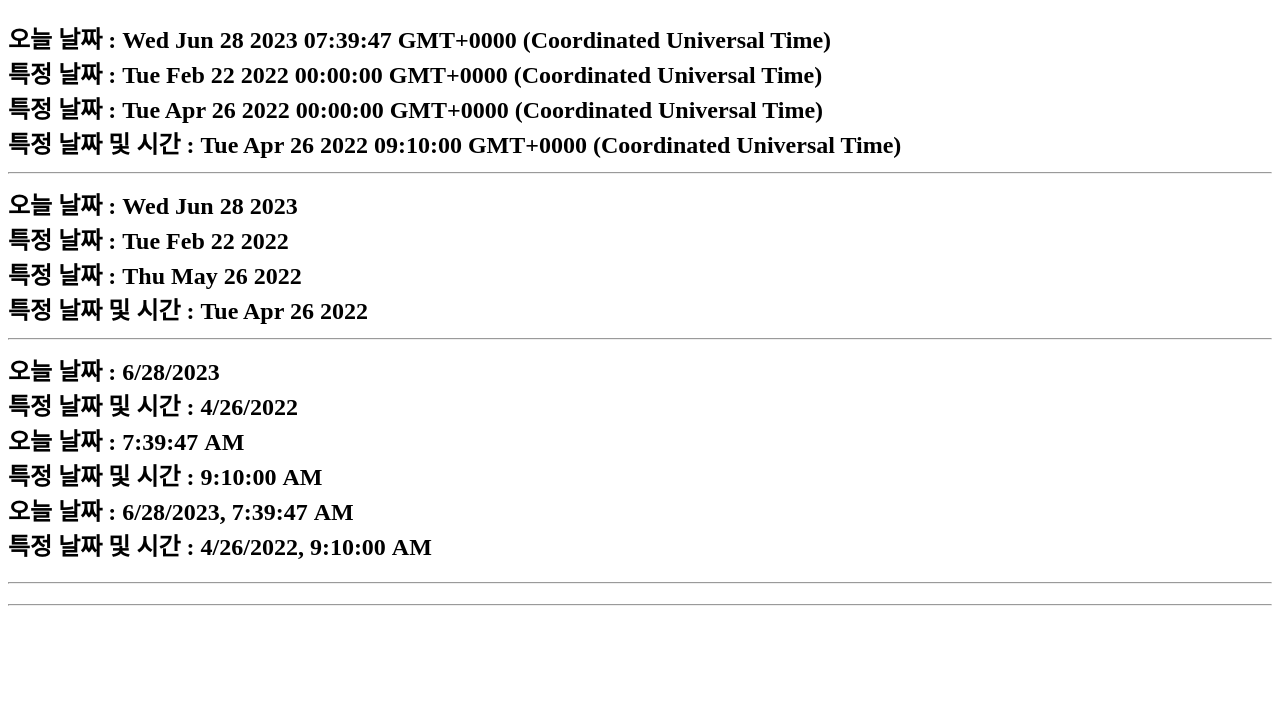
Repository: ady0099/webstudy
Page: 03_javascript/src/main/webapp/day03/ex02_date.html
The author's editor kept a copy of each file at every save. The page is drawn from the files as they stood at one save, then again after a run of saves.
The browser window is 1280 px wide. The pictures show the whole page.

Above is the page before, as saved 2023-06-29 02:15:53.

### 03_javascript/src/main/webapp/day03/ex02_date.html
<!DOCTYPE html>
<html>
	<head>
		<meta charset="UTF-8">
		<title>Date 객체 : 내장 객체</title>
		<script type="text/javascript">
			document.write("<h2>");
			document.write("오늘 날짜 : "+new Date()+"<br>");
			document.write("특정 날짜 : "+new Date("2022-02-22")+"<br>");

			// month가 +1 되어 나오므로 1을 빼야함(0-11)
			document.write("특정 날짜 : "+new Date(2022,04-1,26)+"<br>");
			document.write("특정 날짜 및 시간 : "+new Date(2022,04-1,26,09,10)+"<br>");
			document.write("<hr>");

			// .toDateString()는 보기 쉬운 날짜 형식으로 변경
			document.write("오늘 날짜 : " + new Date().toDateString() + "<br>");
			document.write("특정 날짜 : " + new Date("2022-02-22").toDateString() + "<br>");
			document.write("특정 날짜 : " + new Date(2022,04,26).toDateString() + "<br>");
			document.write("특정 날짜 및 시간 : " + new Date(2022,04-1,26,09,10).toDateString() + "<br>");
			document.write("<hr>");

			// .toLocaleDateString() : 보기 쉬운 날짜 형식으로 변경
			// .toLocaleTimeString() : 보기 쉬운 시간 형식으로 변경
			// .toLocaleString() : 보기 쉬운 날짜/시간 형식으로 변환
			document.write("오늘 날짜 : " + new Date().toLocaleDateString() + "<br>");
			document.write("특정 날짜 및 시간 : " + new Date(2022,04-1,26,09,10).toLocaleDateString() + "<br>");

			document.write("오늘 날짜 : " + new Date().toLocaleTimeString() + "<br>");
			document.write("특정 날짜 및 시간 : " + new Date(2022,04-1,26,09,10).toLocaleTimeString() + "<br>");

			document.write("오늘 날짜 : " + new Date().toLocaleString() + "<br>");
			document.write("특정 날짜 및 시간 : " + new Date(2022,04-1,26,09,10).toLocaleString() + "<br>");
			document.write("</h2>");
			document.write("<hr>");



			document.write("<h2>");

			document.write("</h2>");
			document.write("<hr>");

		</script>
	</head>
	<body>

	</body>
</html>

After the next 3 saves:
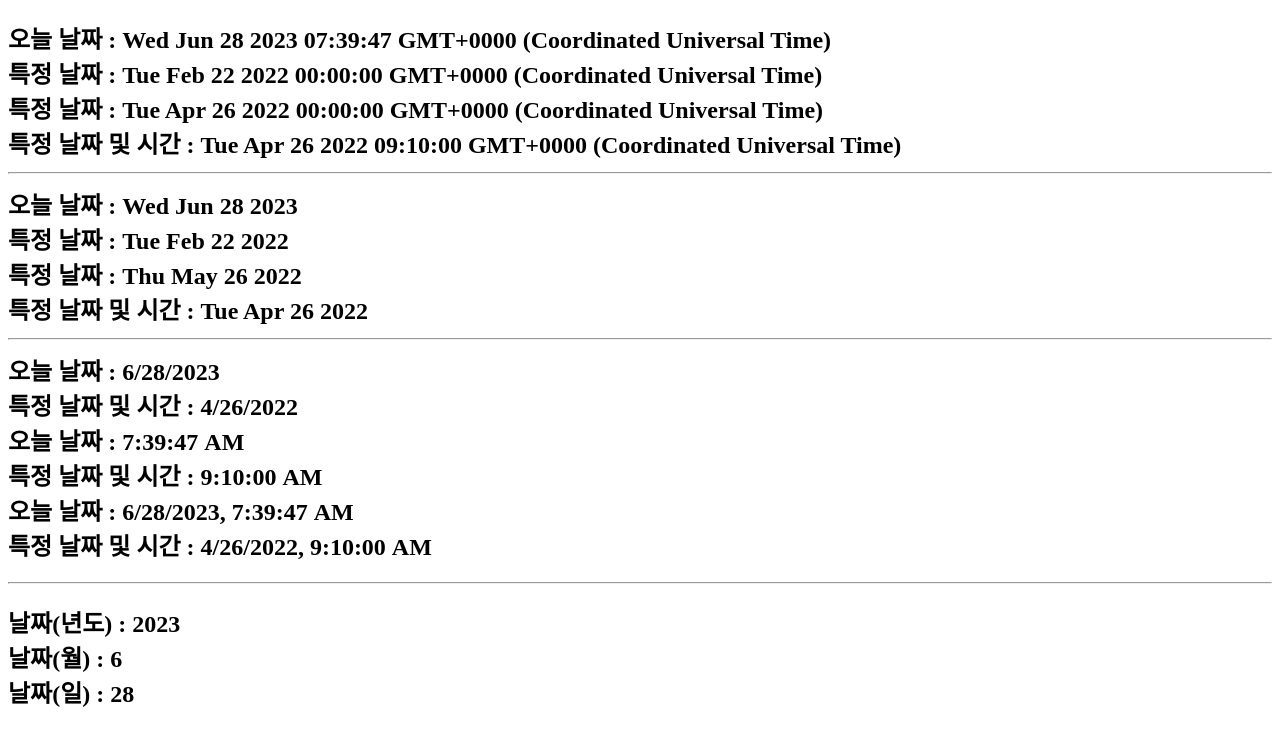
Console error (its wording comes from the project's code and is left out).
The 3 saves are shown as one change because they came seconds apart.
The last was saved 3 min 14 s later.
--- a/03_javascript/src/main/webapp/day03/ex02_date.html
+++ b/03_javascript/src/main/webapp/day03/ex02_date.html
@@ -35,8 +35,15 @@
 			document.write("<hr>");
 
 
+			document.write("<h2>");
 
-			document.write("<h2>");
+			document.write("날짜(년도) : "+ new Date().getFullYear() + "<br>" );
+			document.write("날짜(월) : "+ (new Date().getMonth()+1) + "<br>" );
+			document.write("날짜(일) : "+ new Date().getDate() + "<br>" );
+			document.write("날짜(시) : "+ new Date().getHoures() + "<br>" );
+			document.write("날짜(분) : "+ new Date().getMinutes() + "<br>" );
+			document.write("날짜(초) : "+ new Date().getSeconds() + "<br>" );
+			document.write("날짜(요일) : "+ new Date().getDay() + "<br>" );  // 0 => 일표일
 
 			document.write("</h2>");
 			document.write("<hr>");

After the save that followed:
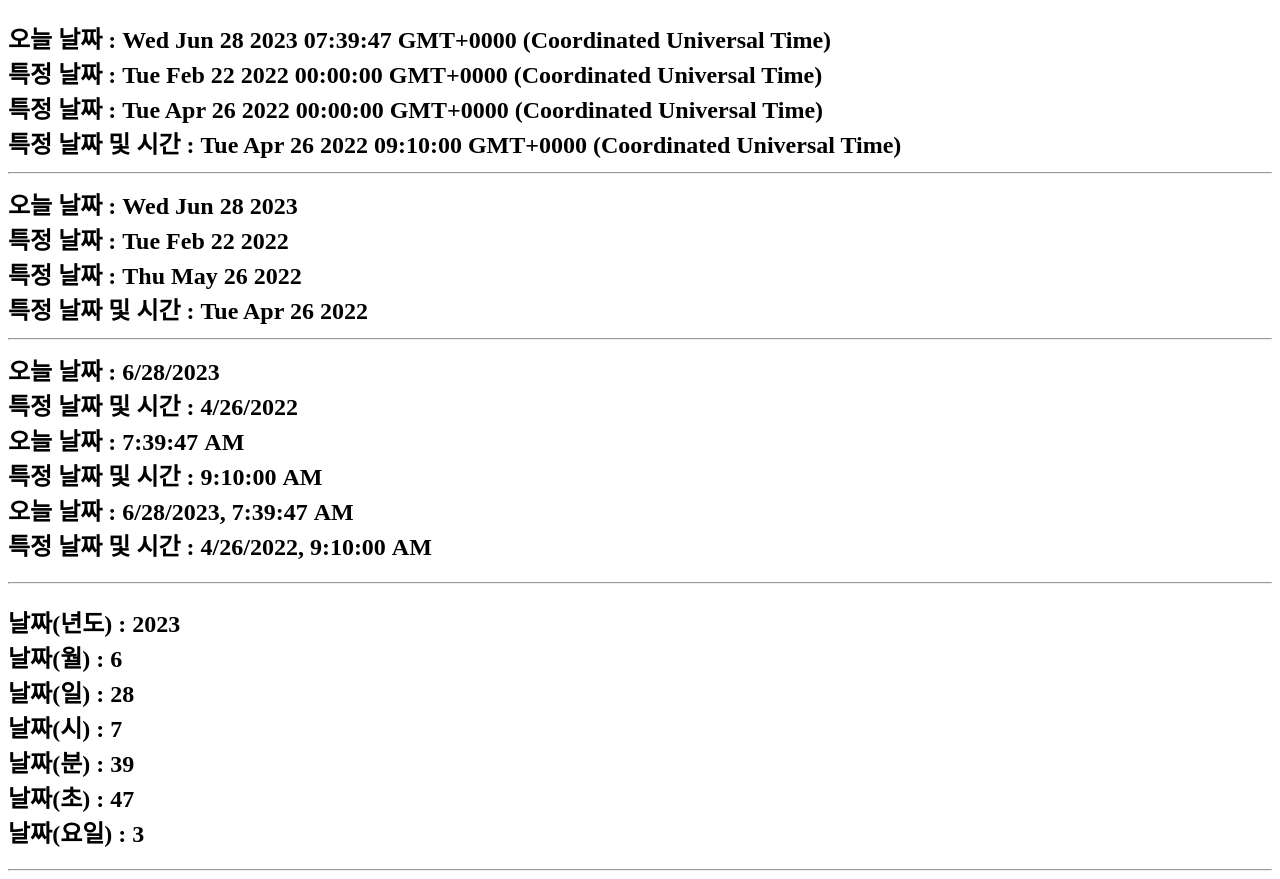
The error is gone.
Saved 4 s later.
--- a/03_javascript/src/main/webapp/day03/ex02_date.html
+++ b/03_javascript/src/main/webapp/day03/ex02_date.html
@@ -40,7 +40,7 @@
 			document.write("날짜(년도) : "+ new Date().getFullYear() + "<br>" );
 			document.write("날짜(월) : "+ (new Date().getMonth()+1) + "<br>" );
 			document.write("날짜(일) : "+ new Date().getDate() + "<br>" );
-			document.write("날짜(시) : "+ new Date().getHoures() + "<br>" );
+			document.write("날짜(시) : "+ new Date().getHours() + "<br>" );
 			document.write("날짜(분) : "+ new Date().getMinutes() + "<br>" );
 			document.write("날짜(초) : "+ new Date().getSeconds() + "<br>" );
 			document.write("날짜(요일) : "+ new Date().getDay() + "<br>" );  // 0 => 일표일
